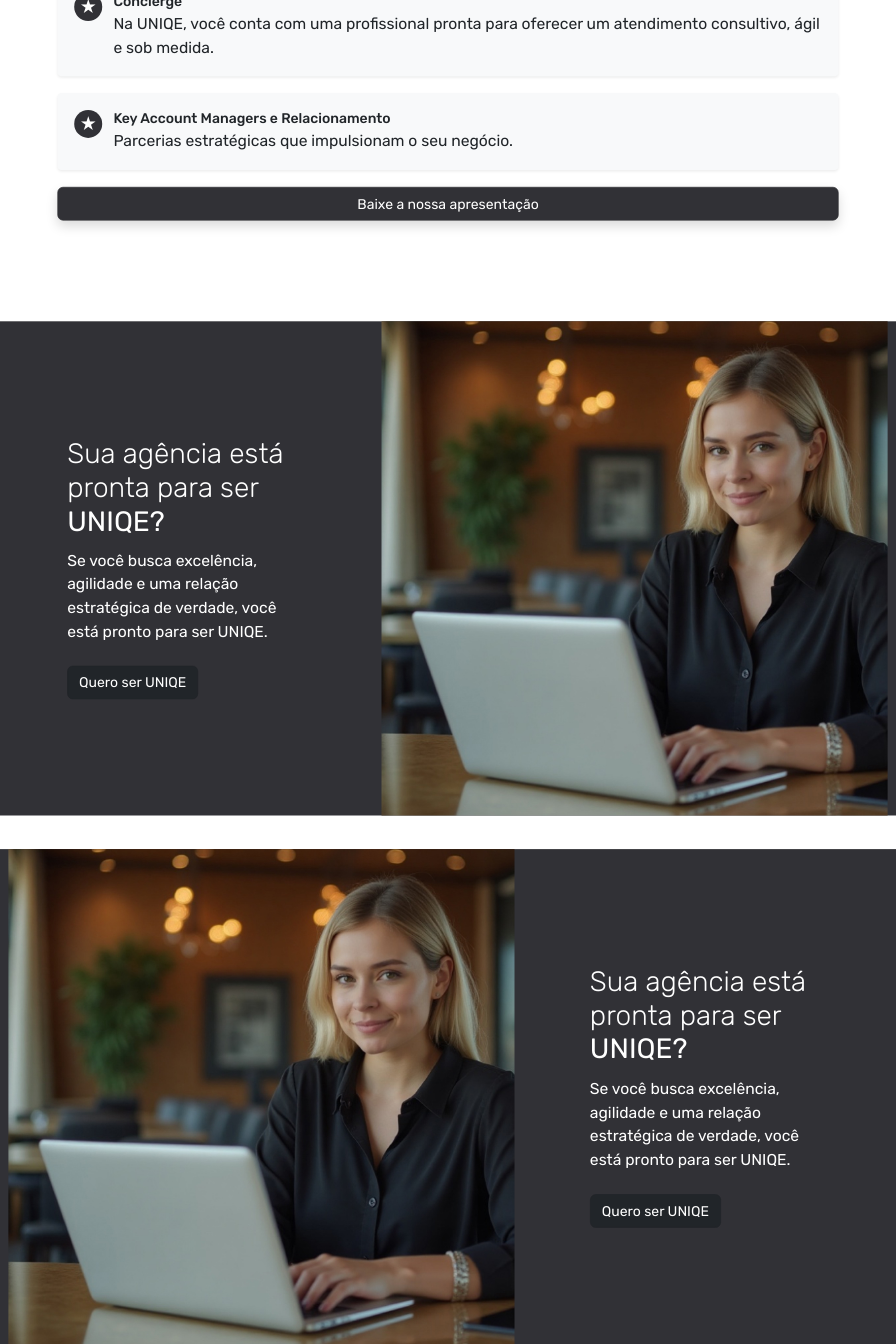
Repository: SkyTeam-Dev/Site-Uniqe
Page: http://localhost/
An editor plug-in stored every save of this project. The page is shown before and after the next save, followed by the edit.
The browser window is 1280 px wide. The pictures show the part of the page from y = 2170 to 4090 px (the page is 4090 px tall before and 3841 px after), at 70% of full size.
Some web libraries are served in a nearby version. The page is run by PHP 8.4 with error messages shown; the project is at /var/www/html/.

Above is the page before, as saved 2025-07-04 10:55:48.

After the next save:
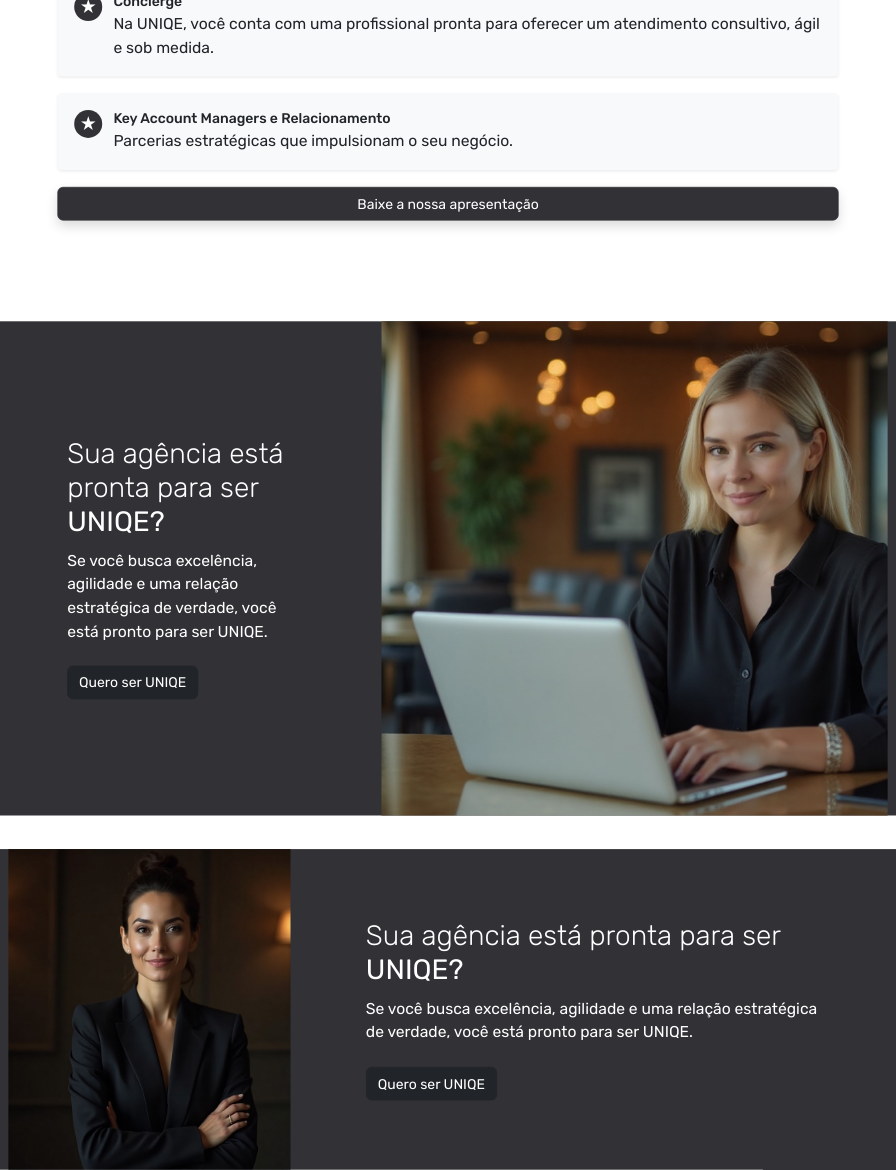
Saved 88 s later.
--- a/index.php
+++ b/index.php
@@ -469,16 +469,16 @@
         <div class="row align-items-center">
 
         <!-- Coluna de imagem -->
-            <div class="col-md-7 d-flex align-items-stretch">
+            <div class="col-md-4 d-flex align-items-stretch">
                 <div class="w-100">
-                    <img src="Templates/Default/Imagens/foto-uniqe-formulario.jpg" alt="Atendente UNIQE"
+                    <img src="Templates/Default/Imagens/foto-uniqe-time.jpg" alt="Atendente UNIQE"
                         class="img-fluid w-100 h-100 object-fit-cover">
                 </div>
             </div>
 
             <!-- Coluna de texto -->
 
-            <div class="col-md-5 p-5 mb-4 mb-md-0">
+            <div class="col-md-8 p-5 mb-4 mb-md-0">
                 <div class="p-5">
                     <h1 class="fw-light">Sua agência está pronta para ser <strong>UNIQE?</strong></h1>
                     <p class="mt-3">Se você busca excelência, agilidade e uma relação estratégica de verdade, você está
